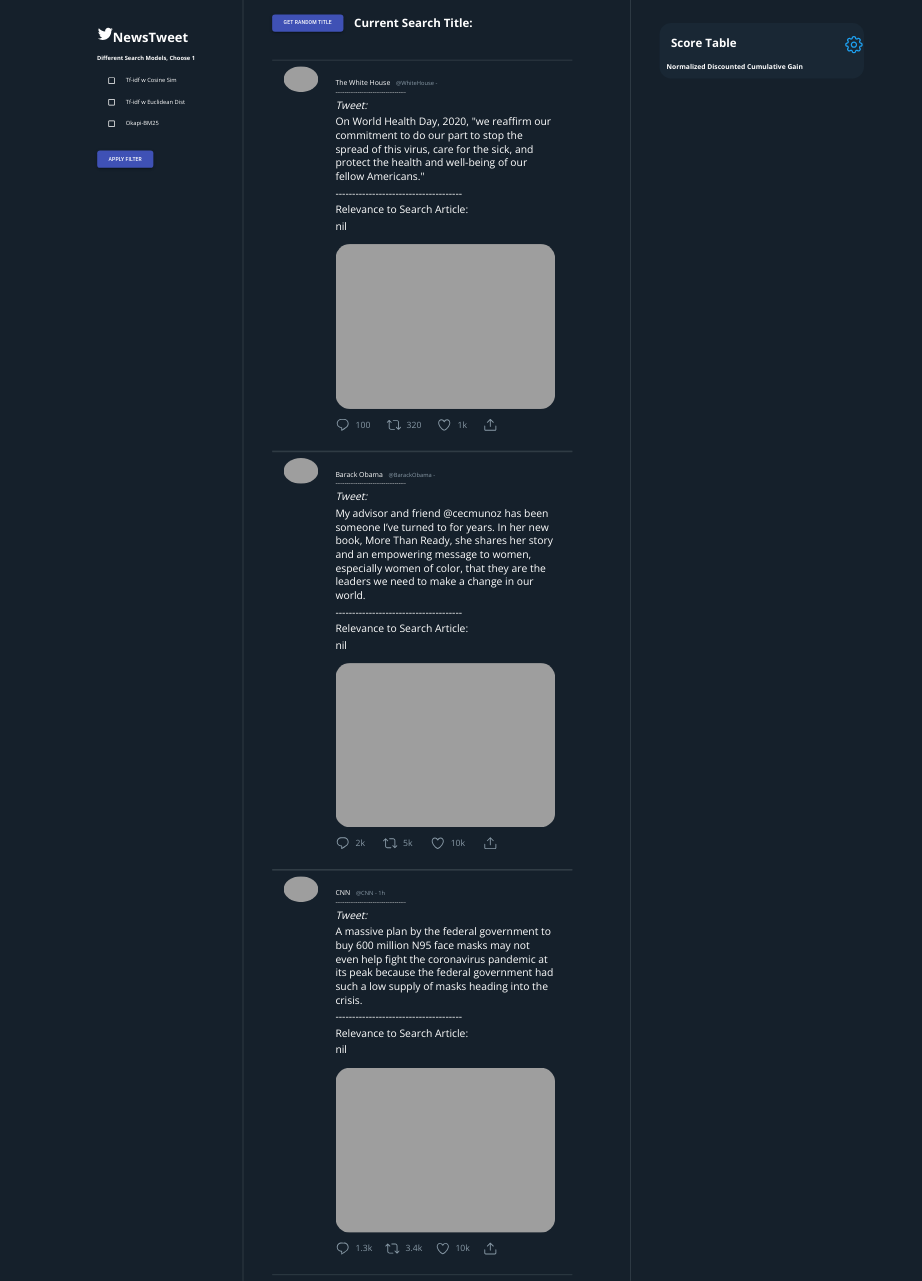
Repository: Dustyik/IR-tweets---disaster-
Page: / (app in Frontend/)
The author's editor kept a copy of each file at every save. The page is drawn from the files as they stood at one save, then again after the next save.
The browser window is 1280 px wide. The pictures show the whole page, at 72% of full size.
Pictures or frames that could not be fetched are drawn as grey boxes. The page's requests for data from a server got no answer. The project was rebuilt for these pictures with package versions that can differ from the ones it lists, and the page was loaded fresh each time. No one was signed in, and anything a server would have sent is missing. Also part of the build but not shown: Frontend/src/components/trending/Trend.js, Frontend/src/components/trending/FollowSuggestionCard.js, Frontend/src/styles/FollowList.css, Frontend/src/components/trending/FollowSuggestionsList.js, Frontend/src/components/StatusCard.js, Frontend/src/pages/Status.js, Frontend/src/components/profile/ProfileHead.js, Frontend/src/components/profile/ProfileDetails.js and 2 more.

Above is the page before, as saved 2021-08-04 22:26:15.

### Frontend/public/index.html
<!DOCTYPE html>
<html lang="en">

<head>
  <meta charset="utf-8" />
  <link rel="icon" href="%PUBLIC_URL%/favicon.ico" />
  <meta name="viewport" content="width=device-width, initial-scale=1" />
  <meta name="theme-color" content="#000000" />
  <meta name="description" content="Web site created using create-react-app" />
  <link rel="apple-touch-icon" href="%PUBLIC_URL%/logo192.png" />
  <link href="https://fonts.googleapis.com/css2?family=Open+Sans:wght@400;700&display=swap" rel="stylesheet">
  <!--
      manifest.json provides metadata used when your web app is installed on a
      user's mobile device or desktop. See https://developers.google.com/web/fundamentals/web-app-manifest/
    -->
  <link rel="manifest" href="%PUBLIC_URL%/manifest.json" />
  <!--
      Notice the use of %PUBLIC_URL% in the tags above.
      It will be replaced with the URL of the `public` folder during the build.
      Only files inside the `public` folder can be referenced from the HTML.

      Unlike "/favicon.ico" or "favicon.ico", "%PUBLIC_URL%/favicon.ico" will
      work correctly both with client-side routing and a non-root public URL.
      Learn how to configure a non-root public URL by running `npm run build`.
    -->
  <title>React App</title>
</head>

<body>
  <noscript>You need to enable JavaScript to run this app.</noscript>
  <div id="root"></div>
  <!--
      This HTML file is a template.
      If you open it directly in the browser, you will see an empty page.

      You can add webfonts, meta tags, or analytics to this file.
      The build step will place the bundled scripts into the <body> tag.

      To begin the development, run `npm start` or `yarn start`.
      To create a production bundle, use `npm run build` or `yarn build`.
    -->
</body>

</html>

### Frontend/src/App.js
import React from 'react';
import { BrowserRouter as Router, Route } from 'react-router-dom';
import './App.css';
import { Sidebar } from './components/Sidebar';
import { Home } from './pages/Home';
import { Trending } from './components/trending/Trending';
import { GlobalProvider } from './context/GlobalState';
import { Status } from './pages/Status';
import ScrollToTop from './utils/ScrollToTop';
import { Profile } from './pages/Profile';

function App() {
  return (
    <GlobalProvider >
      <Router >

        <ScrollToTop>
          <div className="App">
            <div className="side-nav">
              <Sidebar />
            </div>
            <div className="main trending">

              <Route exact path="/" component={Home} />
              { /*
              <Route exact path="/:id" component={Profile} />
              <Route exact path="/status/:id" component={Status} />
              */}


            </div>

            <div className="trending">
              <Trending />
            </div>
          </div>
        </ScrollToTop>

      </Router>
    </GlobalProvider>
  );
}

export default App;

### Frontend/src/App.css
:root {
    --body-bg        : rgb(21, 32, 43);
    --sky-blue       : rgba(29, 161, 242, 1.00);
    --light          : rgba(255, 255, 2555);
    --grey           : rgb(136, 153, 166);
    --border         : rgb(56, 68, 77);
    --thick-border   : rgb(37, 51, 65);
    --thick-border   : rgb(37, 51, 65);
    --card-background: rgb(25, 39, 52);
}

body {
    background-color: var(--body-bg);
    font-family     : 'Open Sans', sans-serif;
    padding         : 0;
    margin          : 0;
    color           : var(--light);
}

html {
    font-size: 8px;
}

::-webkit-input-placeholder {
    /* Chrome/Opera/Safari */
    font-size  : 2.5rem;
    color      : #9197a3;
    font-weight: 400;
}

::-moz-placeholder {
    /* Firefox 19+ */
    font-size  : 2.5rem;
    color      : #9197a3;
    font-weight: 400;
}

:-ms-input-placeholder {
    /* IE 10+ */
    font-size  : 2.5rem;
    color      : #9197a3;
    font-weight: 400;
}

:-moz-placeholder {
    /* Firefox 18- */
    font-size  : 2.5rem;
    color      : #9197a3;
    font-weight: 400;
}

.App {
    display              : grid;
    grid-template-columns: 2.5fr 4fr 3fr;
}

.side-nav {
    padding-left: 40%;
    padding-top : 3rem;
}

.side-nav svg {
    fill : var(--light);
    width: 2.75rem;
}

.side-nav svg:hover {
    fill: var(--sky-blue);
}

.side-nav-item {
    padding: 2rem 0;

}

.side-nav .side-nav-item .side-nav-text {
    font-size     : 2.25rem;
    font-weight   : 700;
    color         : var(--light);
    padding-left  : 3rem;
    vertical-align: bottom;
}

.avatar {
    display: inline;
}

.avatar img {
    border-radius: 50%;
}


/* helper classes */
.p-0 {
    padding: 0
}


.pl-0 {
    padding-left: 0
}

.p-1 {
    padding: 1rem;
}

.p-2 {
    padding: 2rem
}

.pr-0 {
    padding-right: 0
}

.pb-1 {
    padding-bottom: 1rem;
}

.m-0 {
    margin: 0
}

.mb-0 {
    margin-bottom: 0;
}

.text-center {
    text-align: center;
}

.w-100 {
    width: 100%;
}

.pl-1 {
    padding-left: 1rem;
}

.pr-1 {
    padding-right: 1rem;
}

ul {
    list-style: none;
}

.flex-align-center {
    display    : flex;
    align-items: center;
}

.flex-space-between {
    display        : flex;
    justify-content: space-between;
}

.inline-block {
    display: inline-block;

}


.btn {
    color      : var(--light);
    font-weight: 700;
    cursor     : pointer;
    border     : none;
    background : transparent;
}

.tweet-btn {
    border-radius   : 4rem;
    font-size       : 2rem;
    padding         : 1.5rem;
    background-color: var(--sky-blue);
    width           : 80%;
}

.follow-btn {
    border-radius: 3rem;
    font-size    : 2rem;
    padding      : 0.5rem;
    font-weight  : 700;
    color        : var(--sky-blue);
    border       : 1px solid var(--sky-blue);
}

.pointer {
    cursor: pointer;
}

.bold-dull-para {
    font-size: 1.75rem;
    color    : var(--grey);
}

a {
    text-decoration: none;
    color          : inherit;
}

h1 {
    font-size  : 2.25rem;
    font-weight: 700;
    color      : var(--light);
}

h2 {
    font-size  : 2rem;
    font-weight: 700;
    color      : var(--light);
}

input:focus {
    outline: none;
}

### Frontend/src/components/Sidebar.js
import React, {useState, useContext} from 'react';
import { Logo, HomeIcon, ExploreIcon, NotificationIcon, MessageIcon, BookmarkIcon, ListsIcon, MoreIcon } from '../images/svg/svgs';
import { SmallAvatar } from '../images/avatars';
import { Checkbox } from '@material-ui/core';
import { Button } from '@material-ui/core';
import * as API from "../apifunctions"
import { GlobalContext } from '../context/GlobalState'
import { uniqueNamesGenerator, Config, adjectives, colors, animals } from 'unique-names-generator';


const SEARCH_MODELS = ["Tf-idf w Cosine Sim", "Tf-idf w Euclidean Dist", "Okapi-BM25"]

export const Sidebar = () => {
    const profImageurl = 'https://pbs.twimg.com/profile_images/1247964769669136385/KVCROk2D_bigger.jpg';
    const [searchModelsLocalState, setSearchModelsLocalState] = useState([])

    const {setSearchModels, searchModels, title, removeAllTweets, addTweet, addRankingScore, getRankingScore} = useContext(GlobalContext);

    const checkBoxToggled = (event) => {
        const id = event.id
        const checkValue = event.checked

        if (checkValue){
            setSearchModels(id)
            setSearchModelsLocalState(id)
        }
    }

    const applyFilter = () => {
        API.applySearchFilters(searchModels, title.title, title.id).then(
            res => {
                removeAllTweets()
                const data = JSON.parse(res.data.pandas_data)
                const ranking = res.data.ranking_score
                addRankingScore(ranking)

                console.log(data)

                const relevanceData = data.relevance_score
                const tweetData = data.tweet
                const tweetIdData = data.id
                const relatedArticlesData = data.article_id

                for (let i = 0; i < Object.keys(relevanceData).length; i++){
                    let pxSize = 140 + i*3
                    const newTweet = {
                        name: uniqueNamesGenerator({dictionaries: [adjectives, colors, animals]}),
                        tweet: tweetData[i],
                        relevance: relevanceData[i],
                        image: `https://placeimg.com/${pxSize}/${pxSize}/any`
                    }
                    addTweet(newTweet)
                }
            }
        )
    }

    const createCheckBoxes = () =>
        SEARCH_MODELS.map((e) => {

            return (
                <div>
                <Checkbox
                size = "medium"
                id = {e}
                onChange = {(e) => checkBoxToggled(e.target)}
                checked = {searchModelsLocalState == e}
                >
                </Checkbox>
                {e}

                </div>
            )
        }
    )


    const checkBoxes = createCheckBoxes()

    return (
        <div>
            <div className="side-nav-header">

                <h1>
                <Logo />
                    NewsTweet
                </h1>
            </div>
            <h4>
                Different Search Models,
                Choose 1
            </h4>



            {checkBoxes}

            <div>
                &nbsp;
            </div>
            <div>
                &nbsp;
            </div>

            <Button
                onClick = {applyFilter}
                variant="contained" color="primary">
                Apply Filter
            </Button>



        </div>
    )
}

### Frontend/src/pages/Home.js
import React, { useState, useEffect, useContext } from 'react';
import '../styles/Main.css';
import { TweetList } from '../components/TweetList';
import { SearchIcon } from '../images/svg/svgs'
import * as API from "../apifunctions"
import { Button } from '@material-ui/core';
import { GlobalContext } from '../context/GlobalState'


export const Home = () => {
    const [titlesState, setTitlesState] = useState([])
    const { title, setTitle } = useContext(GlobalContext);


    useEffect(() => {
        API.getTitles().then(
            res => {
                const data = JSON.parse(res.data);
                const titlesData = data.title
                const idData = data.id
                var values = []
                for (let i = 0; i < Object.keys(titlesData).length; i++){
                    values.push({
                        title: titlesData[i],
                        id: idData[i]
                    })
                }
                setTitlesState(values)
            }
        ).catch(
            err => console.log("Error fetching titles", err)
        )
    }, [])

    const randomButtonClick = () => {
        const randomElement = titlesState[Math.floor(Math.random() * titlesState.length)];
        setTitle(randomElement)
    }

    return (
        <>
            <div style = {{display:"flex", flexDirection:"row", alignItems:"center"}}>
            {/*
            <div className="search-box flex-align-center">
                    <SearchIcon />
                    <input placeholder="Search Our Corpus Using Headlines" className="search-input w-100" type="text" />
            </div>
            */}
            <Button
                onClick = {randomButtonClick}
                variant="contained"
                style = {{height:"50%", marginRight:"15px"}}
                color="primary">
                Get Random Title
            </Button>

            <h2 style = {{display:"flex", alignItems:"center", textAlign:"center"}}>
                Current Search Title:
            </h2>

            </div>


            <h2 style = {{display:"flex", justifyContent:"center"}}>
               {title.title}
            </h2>
                {/*
            <NewTweet />
                */}
            <div className="tweets">
                <TweetList />
            </div>
        </>
    )
}

### Frontend/src/components/trending/Trending.js
import React from 'react';
import '../../styles/Trending.css';
import { SearchIcon } from '../../images/svg/svgs'
import { TrendsList } from './TrendsList';
import { FollowSuggestionsList } from './FollowSuggestionsList';


export const Trending = () => {
    return (
        <>
            <div>

                <div className="trends-list m-0">

                    <TrendsList />

                </div>
                {/*
                <div className="follow-list">
                    <FollowSuggestionsList />
                </div>
                */}
            </div>
        </>
    )
}

### Frontend/src/utils/ScrollToTop.js
import React, { useEffect, Fragment } from 'react';
import { withRouter } from 'react-router-dom';

function ScrollToTop({ history, children }) {
    useEffect(() => {
        const unlisten = history.listen(() => {
            window.scrollTo(0, 0);
        });
        return () => {
            unlisten();
        }
    }, []);

    return <Fragment>{children}</Fragment>;
}

export default withRouter(ScrollToTop);

### Frontend/src/images/avatars.js
import React from 'react'

export const SmallAvatar = ({ width, image }) => {
    return (
        <div className="avatar">
            <img width={width} src={image} alt="avatar" />
        </div>
    )
}

### Frontend/src/apifunctions.js
import axios from 'axios';

export const getTitles = () => {
    console.log("get Titles called")
    return axios.get("http://localhost:5000/getTitles")
}

export const applySearchFilters = (data, title, id) => {
    return axios.post("http://localhost:5000/applySearchModels", {
            data: data,
            queryTitle: title,
            articleId: id

        }
    )
}

### Frontend/src/styles/Main.css
/* main styles */
.main {
    border-left : 1px solid var(--border);
    border-right: 1px solid var(--border);
    ;
}

.home {
    padding-left : 2.5rem;
    border-bottom: 1px solid var(--border);
}

.new-tweet {
    padding              : 1rem;
    display              : grid;
    grid-template-columns: 1fr 9fr;
    border-bottom        : 1rem solid var(--thick-border);
}

.new-tweet .left,
.right {
    padding: 0 1rem;
}

.new-tweet input {
    padding    : 2rem 0;
    background : transparent;
    border     : none;
    color      : var(--light);
    font-size  : 2rem;
    font-weight: 700;
}

.new-tweet-options {
    padding-right  : 1rem;
    display        : flex;
    justify-content: space-between;
    align-items    : center;
}

.new-tweet .add-icons {
    margin-right: 1rem;
}

.new-tweet .add-icons svg {
    width  : 3rem;
    fill   : var(--sky-blue);
    padding: 1rem;
}

.new-tweet .add-icons svg:first-child {
    padding-left: 0;
}

### Frontend/src/components/TweetList.js
import React, { useContext } from 'react'
import TweetCard from './TweetCard'
import { GlobalContext } from '../context/GlobalState'

export const TweetList = () => {
    const { tweets } = useContext(GlobalContext);

    return (
        <>
            {tweets.map((tweet, index) => (<TweetCard key={index} tweet={tweet} />))}
        </>
    )
}

### Frontend/src/styles/Trending.css
.trending {
    padding: 1rem 10rem 1rem 5rem;
}

.trending .search-box {
    width     : 100%;
    background: transparent;

    background-color: var(--thick-border);
    border-radius   : 5rem;
    border          : none;
}

.trending .search-box svg {
    width       : 3rem;
    fill        : var(--grey);
    padding-left: 1rem;

}

.trending .search-box input {
    padding   : 1.5rem;
    font-size : 2rem;
    width     : 100%;
    background: transparent;
    border    : none;
    color     : var(--light);
}

.trends-list {
    background-color: var(--card-background);
    border-radius   : 2rem;
    margin-top      : 3rem;
}

.trends-list h1 {
    padding: 1rem 2rem;

}

.trends-for-you {
    padding-top: 2rem;
    padding-left: 2rem;
}

.trends-for-you svg {
    width: 3.5rem;
    fill : var(--sky-blue);
}

.trends-card {
    border-top   : 1px solid var(--border);
    border-bottom: 1px solid var(--border);
    padding      : 2rem;
}

.trends :last-child {
    border-bottom: none;
}

.trends-topic {
    font-size: 1.5rem;
    color    : var(--grey);
}

.trend-tweet-count {
    font-size: 1.75rem;

}



.trending ::-webkit-input-placeholder {
    /* Chrome/Opera/Safari */
    font-size  : 2rem;
    color      : #9197a3;
    font-weight: 400;
}

.trending ::-moz-placeholder {
    /* Firefox 19+ */
    font-size  : 2rem;
    color      : #9197a3;
    font-weight: 400;
}

.trending :-ms-input-placeholder {
    /* IE 10+ */
    font-size  : 2rem;
    color      : #9197a3;
    font-weight: 400;
}

.trending :-moz-placeholder {
    /* Firefox 18- */
    font-size  : 2rem;
    color      : #9197a3;
    font-weight: 400;
}

### Frontend/src/components/trending/TrendsList.js
import React, {useContext} from 'react';
import { Trend } from '../trending/Trend';
import { SettingsIcon } from '../../images/svg/svgs';

import { GlobalContext } from '../../context/GlobalState'


export const TrendsList = () => {

    const {rankingModel} = useContext(GlobalContext);

    const trends = rankingModel.map((trend) => {
        return {
            name: trend[2],
            topic: '',
            tweets: trend[1]
        }

    }).reverse()
    return (
        <div>
            <div className="trends-for-you flex-space-between">
                <h2 className="m-0">Score Table</h2>
                <SettingsIcon />
            </div>
            <h3 style = {{padding:10}}className="m-0">Normalized Discounted Cumulative Gain </h3>

            <div>
            </div>
            <div className="trends">
                {trends.map(trend => (<Trend trend={trend} />))}
            </div>
        </div>
    )
}

### Frontend/src/context/AppReducer.js
const MAX = 30
const MIN = 0

export default (state, action) => {
    switch (action.type) {

        case "ADD_RANKING_SCORE":
            return {
                ...state,
                rankingModel: [...state.rankingModel, action.payload]
            }


        case 'DELETE_TRANSACTION':
            return {
                ...state,
                transactions: state.transactions.filter(transaction => transaction.id !== action.payload)
            }
        case 'ADD_TWEET':
            const newTweet = {
                user: {
                    name: action.payload.name,
                    image: action.payload.image,
                    handle: `@${action.payload.name}`,
                },
                tweet: {
                    content: action.payload.tweet,
                    image: null,
                    comments: Math.floor(Math.random()*(MAX-MIN)+MIN),
                    retweets: Math.floor(Math.random()*(MAX-MIN)+MIN),
                    likes: Math.floor(Math.random()*(MAX-MIN)+MIN),
                    relevance: action.payload.relevance
                }
            };
            return {
                ...state,
                tweets: [...state.tweets, newTweet]
            }

        case "SET_TITLE":
            return {
            ...state,
            title: action.payload
        }

        case "SET_SEARCH_MODEL":
            return {
            ...state,
            searchModels: action.payload
        }

        case "REMOVE_ALL_TWEETS":
            return {
            ...state,
            tweets: []
        }


        default:
            return state
    }
}

### Frontend/src/styles/StatusCard.css
.tweets {}

.status-card {
    /* padding              : 1rem;
    display                 : grid;
    grid-template-columns   : 1fr 9fr; */
    border-bottom           : 0.5px solid var(--border);
    border-top              : 0.5px solid var(--border);

}

.status-card .left,
.right {
    padding: 2rem;
}

.status-card .left {
    display    : flex;
    align-items: center;

}

.status-card .right {
    padding-top: 0;
}

.status-card .status-card-name {
    font-size    : 2rem;
    font-weight  : 700;
    padding-right: 1rem;
}

.status-card .status-card-handle,
.status-card-time {
    font-size: 1.5rem;
    color    : var(--grey);
}

.status-card .status-card-body .status-card-content p {
    font-size : 2.5rem;
    margin-top: .5rem;
}

.status-card .status-card-body .status-card-image {
    margin-top: 2rem;
}

.status-card .status-card-body .status-card-image img {
    width        : 100%;
    border-radius: 20px;
}

.status-card .status-card-footer {
    padding-right: 10rem;
    display      : flex;

    justify-content: space-around;
    padding-top    : 1rem;
    width          : 100%;
}

.status-card .status-card-footer svg {
    fill : var(--grey);
    width: 2.5rem;
}

.status-card .status-card-footer .tweet-cars-icon {
    line-height : 2;
    font-size   : 1.5rem;
    color       : var(--grey);
    padding-left: 1rem;
}

.status {
    display    : flex;
    align-items: center;
    padding    : 0 2rem;
    display    : flex;
    align-items: center;
}

.status h1 {
    display     : inline-block;
    padding-left: 1rem;
}

.status svg {
    width: 4rem;
    fill : var(--sky-blue);
}

### Frontend/src/styles/TweetCard.css
.tweets {}

.tweet-card {
    padding              : 1rem;
    display              : grid;
    grid-template-columns: 1fr 9fr;
    border-bottom        : 0.5px solid var(--border);
    border-top           : 0.5px solid var(--border);

}

.tweet-card .left,
.right {
    padding: 0 1rem;
}

.tweet-card .tweet-card-head .tweet-card-name {
    font-size    : 1.2rem;
    font-weight  : 300;
    padding-right: 1rem;
}

.tweet-card .tweet-card-head .tweet-card-name:hover {
    text-decoration: underline;
}

.tweet-card .tweet-card-head .tweet-card-handle,
.tweet-card-time {
    font-size: rem;
    color    : var(--grey);
}

.tweet-card .tweet-card-body .tweet-card-content p {
    font-size : 1.8rem;
    margin-top: .5rem;
}

.tweet-card .tweet-card-body .tweet-card-image {
    margin-top: 2rem;
}

.tweet-card .tweet-card-body .tweet-card-image img {
    width        : 100%;
    border-radius: 20px;
}

.tweet-card .tweet-card-footer {
    padding-right  : 10rem;
    display        : flex;
    justify-content: space-between;
    padding-top    : 1rem;
}

.tweet-card .tweet-card-footer svg {
    fill : var(--grey);
    width: 2.5rem;
}

.tweet-card .tweet-card-footer .tweet-cars-icon {
    line-height : 2;
    font-size   : 1.5REM;
    color       : var(--grey);
    padding-left: 1rem;
}

Loaded but not shown: Frontend/src/index.js (common file); Frontend/src/images/svg/svgs.js (66 lines, source omitted); Frontend/src/context/GlobalState.js (124 lines, source omitted); Frontend/src/components/TweetCard.js (67 lines, source omitted)

After the next save:
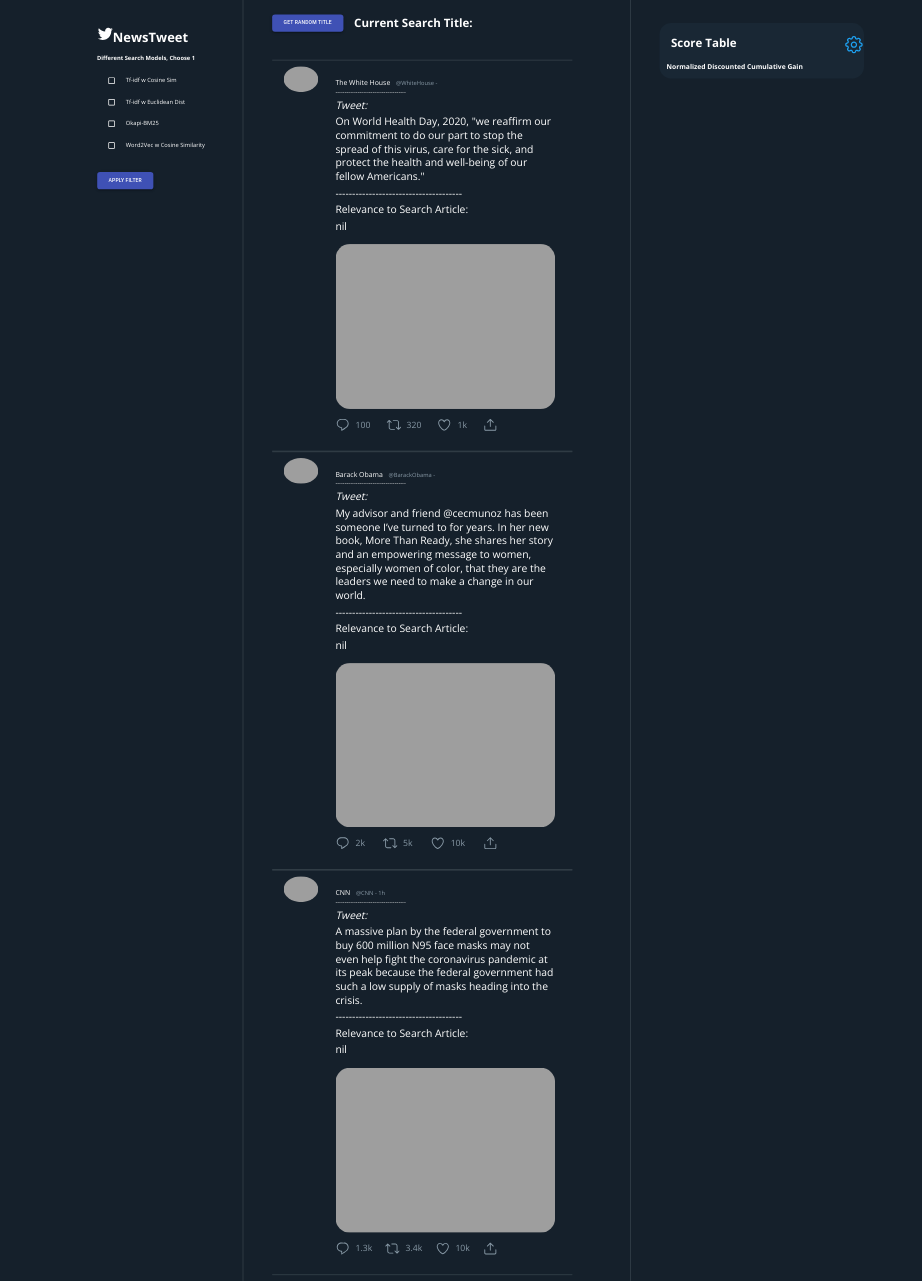
Saved 2 days later.
--- a/Frontend/src/components/Sidebar.js
+++ b/Frontend/src/components/Sidebar.js
@@ -8,7 +8,7 @@
 import { uniqueNamesGenerator, Config, adjectives, colors, animals } from 'unique-names-generator';
 
 
-const SEARCH_MODELS = ["Tf-idf w Cosine Sim", "Tf-idf w Euclidean Dist", "Okapi-BM25"]
+const SEARCH_MODELS = ["Tf-idf w Cosine Sim", "Tf-idf w Euclidean Dist", "Okapi-BM25", "Word2Vec w Cosine Similarity"]
 
 export const Sidebar = () => {
     const profImageurl = 'https://pbs.twimg.com/profile_images/1247964769669136385/KVCROk2D_bigger.jpg';
